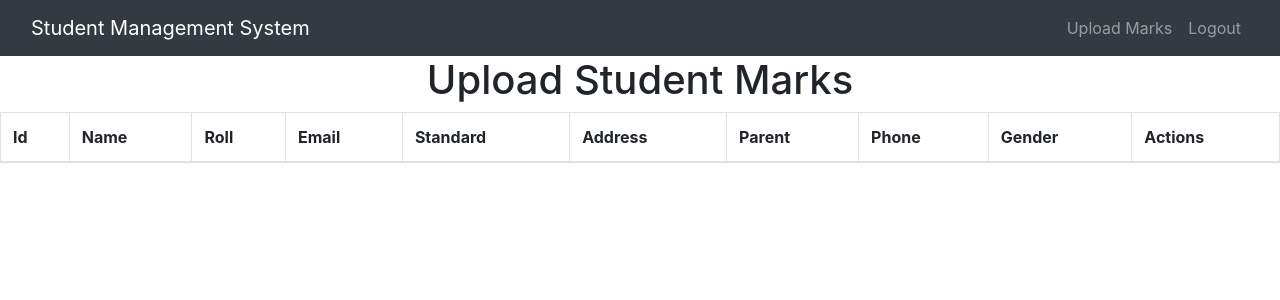
Repository: arupmaji404/StudentManagementSystem
Page: http://localhost/teacher/upload-marks
An editor plug-in stored every save of this project. The page is shown before and after the next save, followed by the edit.
The browser window is 1280 px wide. The pictures show the whole page.
The page is this project's Thymeleaf template; nobody is signed in. The template is opened directly, without the code that normally fills it, so the values that code supplies are empty.

Above is the page before, as saved 2022-09-20 08:46:22.

### StudentManagementSystem/src/main/resources/templates/teacher/upload-marks.html

<!DOCTYPE html>
<html lang="en" xmlns:th="http://www.thymeleaf.org">
<head>
<meta charset="ISO-8859-1">
<title>Employee</title>
<link rel="stylesheet"
	href="https://stackpath.bootstrapcdn.com/bootstrap/4.1.3/css/bootstrap.min.css"
	integrity="sha384-MCw98/SFnGE8fJT3GXwEOngsV7Zt27NXFoaoApmYm81iuXoPkFOJwJ8ERdknLPMO"
	crossorigin="anonymous">
</head>
<body>
	<div th:insert="navbar_teacher :: navbar"></div>
	<div class="text-center mb-2">
		<h1>Upload Student Marks</h1>

	</div>


	<table class="table table-bordered table-striped">
		<thead>
			<tr>
				<th>Id</th>
				<th>Name</th>
				<th>Roll</th>
				<th>Email</th>
				<th>Standard</th>
				<th>Address</th>
				<th>Parent</th>
				<th>Phone</th>
				<th>Gender</th>
				<th>Actions</th>
			</tr>
		</thead>
		<tbody>
			<tr th:if="${students.empty}">
				<td colspan="10">No Students Available</td>
			</tr>
			<tr th:each="student : ${students}">
				<td><span th:text="${student.id}"> Id </span></td>
				<td><span th:text="${student.name}"> Name </span></td>
				<td><span th:text="${student.roll}"> Roll </span></td>
				<td><span th:text="${student.email}"> Email </span></td>
				<td><span th:text="${student.standard}"> Standard </span></td>
				<td><span th:text="${student.address}"> Address </span></td>
				<td><span th:text="${student.parent}"> Parent </span></td>
				<td><span th:text="${student.phno}"> Phone </span></td>
				<td><span th:text="${student.gender}"> Gender </span></td>


				<td><a th:href="@{/teacher/giveStudentMarks(studentId=${student.id}, studentEmail = ${student.email})}"
					class="btn btn-info">Upload/Update Marks</a>
			</tr>
		</tbody>
	</table>
</body>
</html>

### StudentManagementSystem/src/main/resources/templates/navbar_teacher.html
<!DOCTYPE html>
<html xmlns:th="http://www.thymeleaf.org">
<head>
    <meta charset="UTF-8">
    <title>NavigationBar</title>

</head>
<body>

<nav th:fragment="navbar" class="navbar navbar-expand-md bg-dark navbar-dark">
    <div class="container-fluid">
        <div class="navbar-header">
            <a class="navbar-brand" th:href="@{/teacher/teacherindex}">Student Management System</a>
        </div>
        <ul class="nav navbar-nav">
            <li><a class="nav-link" th:href="@{/teacher/upload-marks}">Upload Marks</a></li>

            <li><a class="nav-link" th:href="@{/admin/teacher-control}">Logout</a></li>
		</ul>
    </div>
</nav>

</body>
</html>

After the next save:
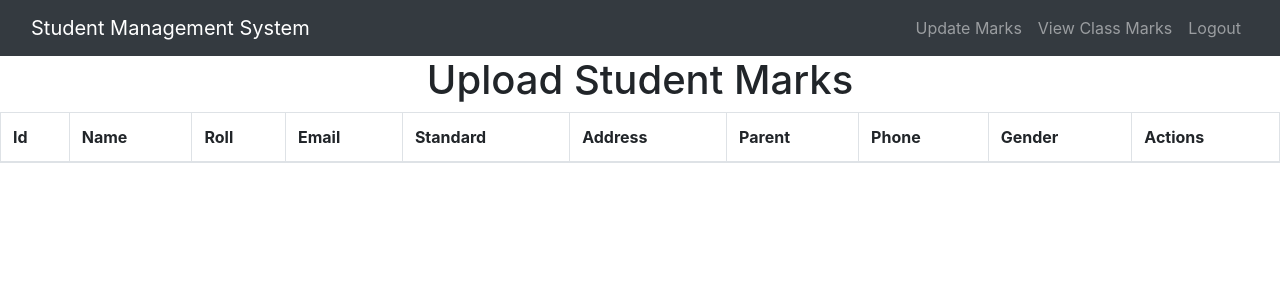
Saved 108 s later.
--- a/StudentManagementSystem/src/main/resources/templates/navbar_teacher.html
+++ b/StudentManagementSystem/src/main/resources/templates/navbar_teacher.html
@@ -1,24 +1,28 @@
 <!DOCTYPE html>
 <html xmlns:th="http://www.thymeleaf.org">
 <head>
-    <meta charset="UTF-8">
-    <title>NavigationBar</title>
+<meta charset="UTF-8">
+<title>NavigationBar</title>
 
 </head>
 <body>
 
-<nav th:fragment="navbar" class="navbar navbar-expand-md bg-dark navbar-dark">
-    <div class="container-fluid">
-        <div class="navbar-header">
-            <a class="navbar-brand" th:href="@{/teacher/teacherindex}">Student Management System</a>
-        </div>
-        <ul class="nav navbar-nav">
-            <li><a class="nav-link" th:href="@{/teacher/upload-marks}">Upload Marks</a></li>
-
-            <li><a class="nav-link" th:href="@{/admin/teacher-control}">Logout</a></li>
-		</ul>
-    </div>
-</nav>
+	<nav th:fragment="navbar"
+		class="navbar navbar-expand-md bg-dark navbar-dark">
+		<div class="container-fluid">
+			<div class="navbar-header">
+				<a class="navbar-brand" th:href="@{/teacher/teacherindex}">Student
+					Management System</a>
+			</div>
+			<ul class="nav navbar-nav">
+				<li><a class="nav-link" th:href="@{/teacher/upload-marks}">Update
+						Marks</a></li>
+				<li><a class="nav-link" th:href="@{/teacher/view-marks}">View Class
+						Marks</a></li>
+				<li><a class="nav-link" th:href="@{/admin/teacher-control}">Logout</a></li>
+			</ul>
+		</div>
+	</nav>
 
 </body>
 </html>
